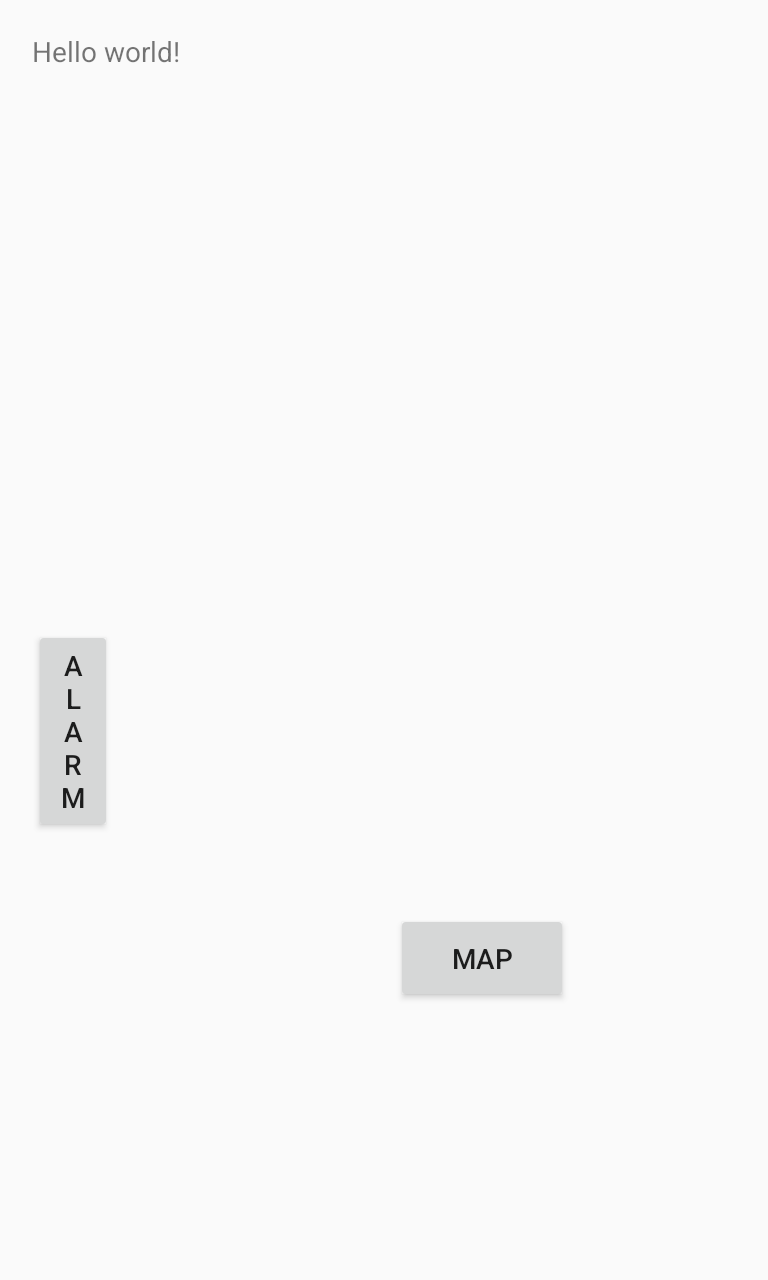
Repository: karakor/SilentSwitch2
Layout: SilentSwitch/res/layout/activity_main.xml
The author's editor kept a copy of each file at every save. The layout is drawn from the files as they stood at one save, then again after the next save.
It is drawn on a 768 x 1280 px phone screen (xhdpi) without system bars, with theme AppTheme; the app's code is not run.

Above is the layout before, as saved 2015-03-02 10:14:57.

### SilentSwitch/res/layout/activity_main.xml
<RelativeLayout xmlns:android="http://schemas.android.com/apk/res/android"
    xmlns:tools="http://schemas.android.com/tools"
    android:layout_width="match_parent"
    android:layout_height="match_parent"
    android:paddingBottom="@dimen/activity_vertical_margin"
    android:paddingLeft="@dimen/activity_horizontal_margin"
    android:paddingRight="@dimen/activity_horizontal_margin"
    android:paddingTop="@dimen/activity_vertical_margin"
    tools:context="com.example.silentswitch.MainActivity" >

    <TextView
        android:id="@+id/textView1"
        android:layout_width="wrap_content"
        android:layout_height="wrap_content"
        android:text="@string/hello_world" />

    <Button
        android:id="@+id/Alarm_btn"
        android:layout_width="wrap_content"
        android:layout_height="wrap_content"
        android:layout_alignParentBottom="true"
        android:layout_alignRight="@+id/textView1"
        android:layout_marginBottom="206dp"
        android:layout_marginRight="33dp"
        android:text="@string/Alarm_btn" />

    <Button
        android:id="@+id/Map_btn"
        android:layout_width="wrap_content"
        android:layout_height="wrap_content"
        android:layout_alignTop="@+id/Alarm_btn"
        android:layout_marginLeft="107dp"
        android:layout_marginTop="142dp"
        android:layout_toRightOf="@+id/Alarm_btn"
        android:text="@string/Map_btn" />

</RelativeLayout>

### SilentSwitch/res/values/strings.xml
<?xml version="1.0" encoding="utf-8"?>
<resources>

    <string name="app_name">SilentSwitch</string>
    <string name="hello_world">Hello world!</string>
    <string name="action_settings">Settings</string>
    <string name="Alarm_btn">ALARM</string>
    <string name="Map_btn">MAP</string>
    <string name="title_activity_map__screen">Map_Screen</string>
    <string name="btn_City">City</string>
    <string name="str_rb_normal">Normal</string>
    <string name="str_rb_satellite">Satellite</string>
    <string name="menu_settings">Settings</string>
    <string name="str_rb_terrain">Terrain</string>
    <string name="title_activity_alarm_screen">AlarmScreen</string>

</resources>

Loaded but not shown: SilentSwitch/res/values/styles.xml (common file); SilentSwitch/res/values-v11/styles.xml (common file); SilentSwitch/res/values-v14/styles.xml (common file); SilentSwitch/res/values/dimens.xml (common file); SilentSwitch/res/values-w820dp/dimens.xml (common file)

After the next save:
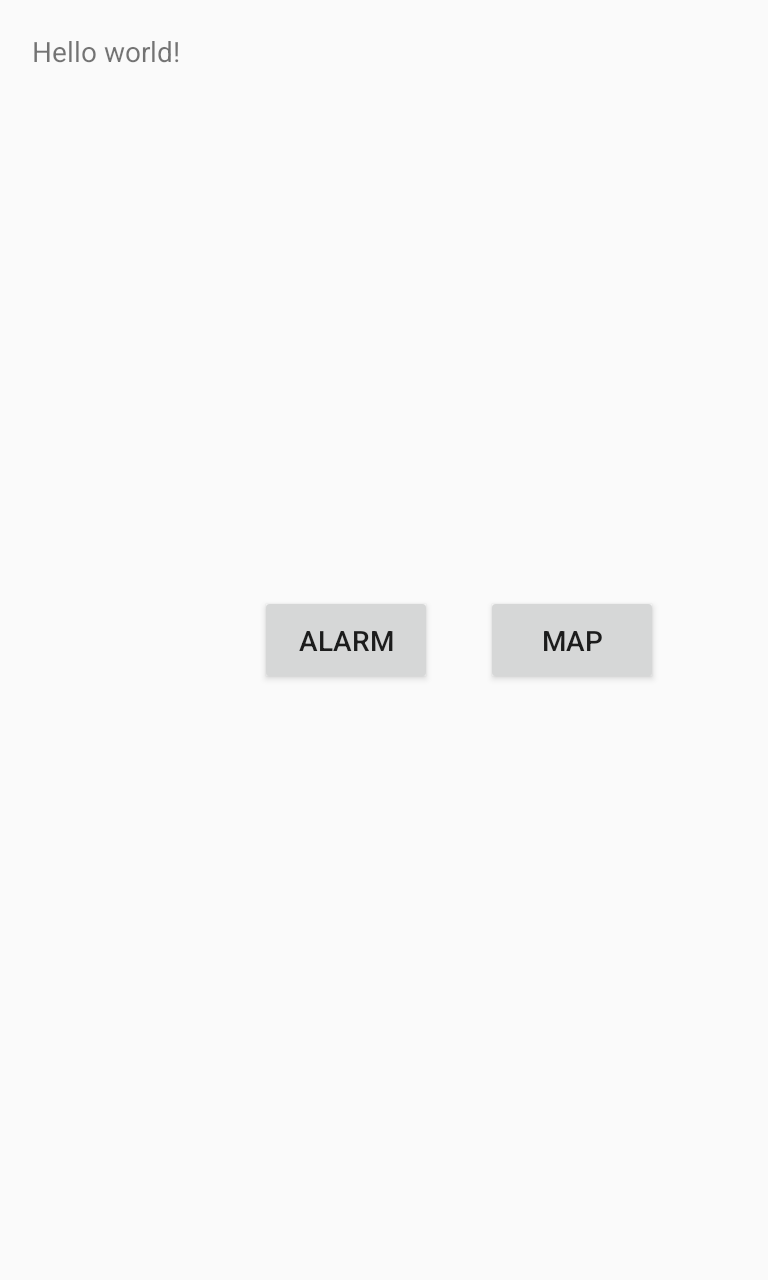
Saved 6 min 9 s later.
--- a/SilentSwitch/res/layout/activity_main.xml
+++ b/SilentSwitch/res/layout/activity_main.xml
@@ -15,23 +15,22 @@
         android:text="@string/hello_world" />
 
     <Button
+        android:id="@+id/Map_btn"
+        android:layout_width="wrap_content"
+        android:layout_height="wrap_content"
+        android:layout_alignBaseline="@+id/Alarm_btn"
+        android:layout_alignBottom="@+id/Alarm_btn"
+        android:layout_alignParentRight="true"
+        android:layout_marginRight="38dp"
+        android:text="@string/Map_btn" />
+
+    <Button
         android:id="@+id/Alarm_btn"
         android:layout_width="wrap_content"
         android:layout_height="wrap_content"
-        android:layout_alignParentBottom="true"
-        android:layout_alignRight="@+id/textView1"
-        android:layout_marginBottom="206dp"
-        android:layout_marginRight="33dp"
+        android:layout_centerVertical="true"
+        android:layout_marginRight="25dp"
+        android:layout_toLeftOf="@+id/Map_btn"
         android:text="@string/Alarm_btn" />
 
-    <Button
-        android:id="@+id/Map_btn"
-        android:layout_width="wrap_content"
-        android:layout_height="wrap_content"
-        android:layout_alignTop="@+id/Alarm_btn"
-        android:layout_marginLeft="107dp"
-        android:layout_marginTop="142dp"
-        android:layout_toRightOf="@+id/Alarm_btn"
-        android:text="@string/Map_btn" />
-
 </RelativeLayout>
